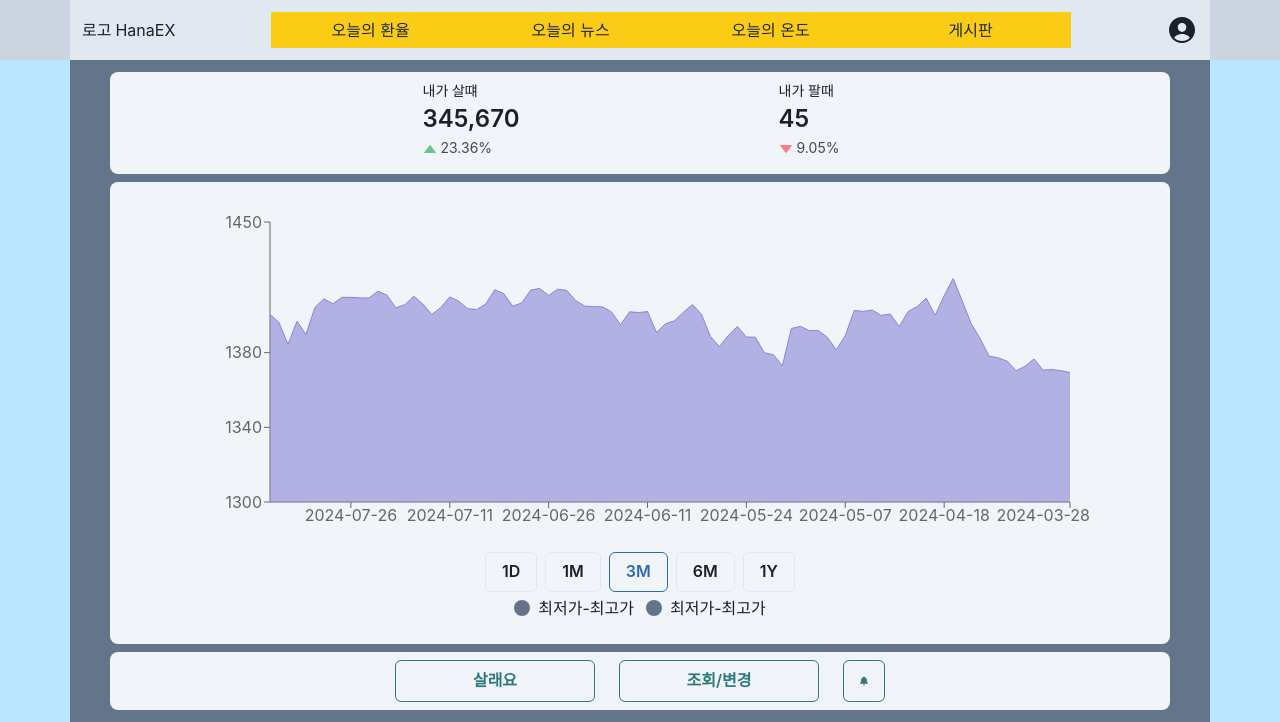
Repository: HANAEX/FRONT
Page: /MainPageDetail
The author's editor kept a copy of each file at every save. The page is drawn from the files as they stood at one save, then again after the next save.
The browser window is 1280 px wide. The pictures show the whole page.
The project was rebuilt for these pictures with package versions that can differ from the ones it lists, and the page was loaded fresh each time. Also part of the build but not shown: src/components/ChartCard.js, src/components/FlowText.js, src/data/Server_Url.js, src/pages/MainPage.js, src/pages/LoginPage.js, src/pages/MyPage.js, src/components/Toggle.js, src/components/SementicCard.js and 8 more.

Above is the page before, as saved 2024-08-14 09:47:48.

After the next save:
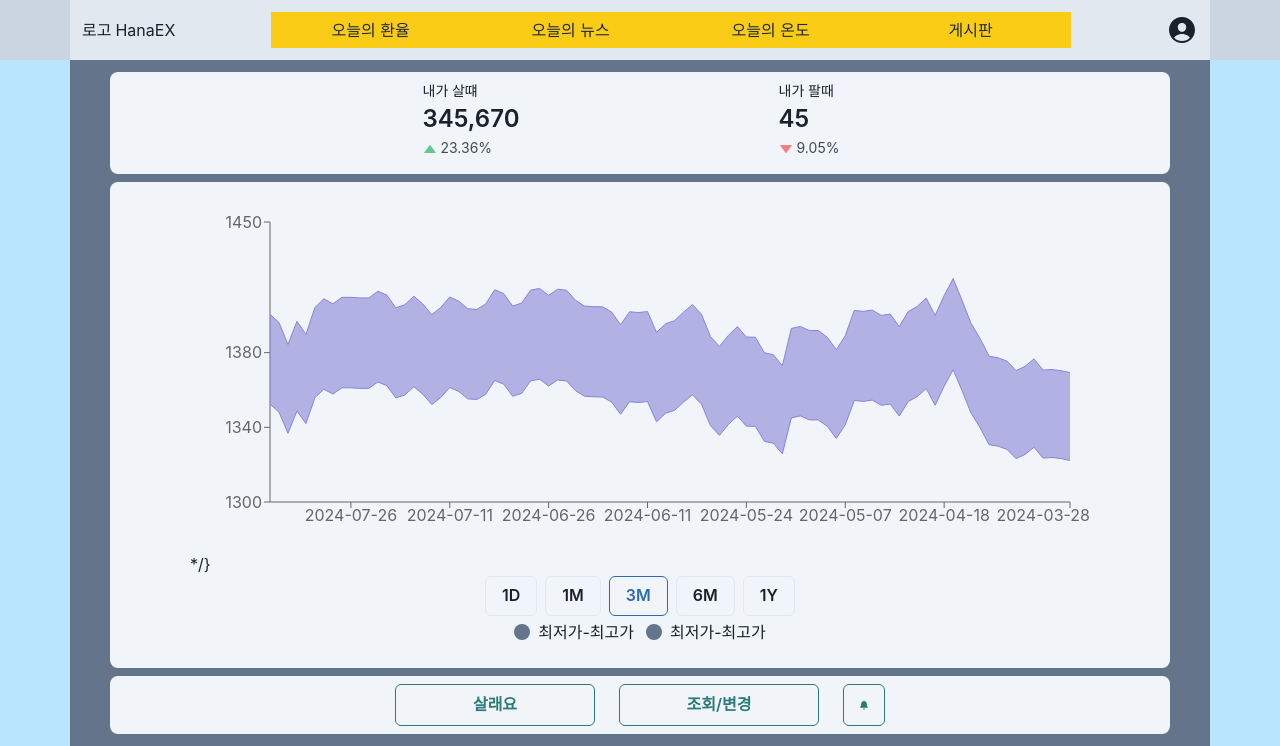
Saved 39 s later.
--- a/src/components/MainChart.js
+++ b/src/components/MainChart.js
@@ -37,7 +37,7 @@
   return (
     <div>
       <div>
-        {/* <AreaChart
+        <AreaChart
           width={900}
           height={350}
           data={filtered_rangeData}
@@ -49,8 +49,8 @@
           <YAxis domain={[1300, 1450]}/>
           <Area dataKey="price" stroke="#8884d8" fill="#8884d8" />
           <Tooltip />
-        </AreaChart> */}
-        <AreaChart
+        </AreaChart>
+        {/* <AreaChart
           width={900}
           height={350}
           data={processedData}
@@ -62,8 +62,8 @@
           <YAxis domain={[1300, 1450]} />
           <Area dataKey="priceHigh" stroke="#8884d8" fill="#8884d8" />
           {/* <Line type="monotone" dataKey="기준율" stroke="#ff7300" /> */}
-          <Tooltip />
-        </AreaChart>
+          {/* <Tooltip />
+        </AreaChart> */} */}
       </div>
       <div className='w-full flex justify-center items-center'>
         <ButtonGroup variant="outline">
